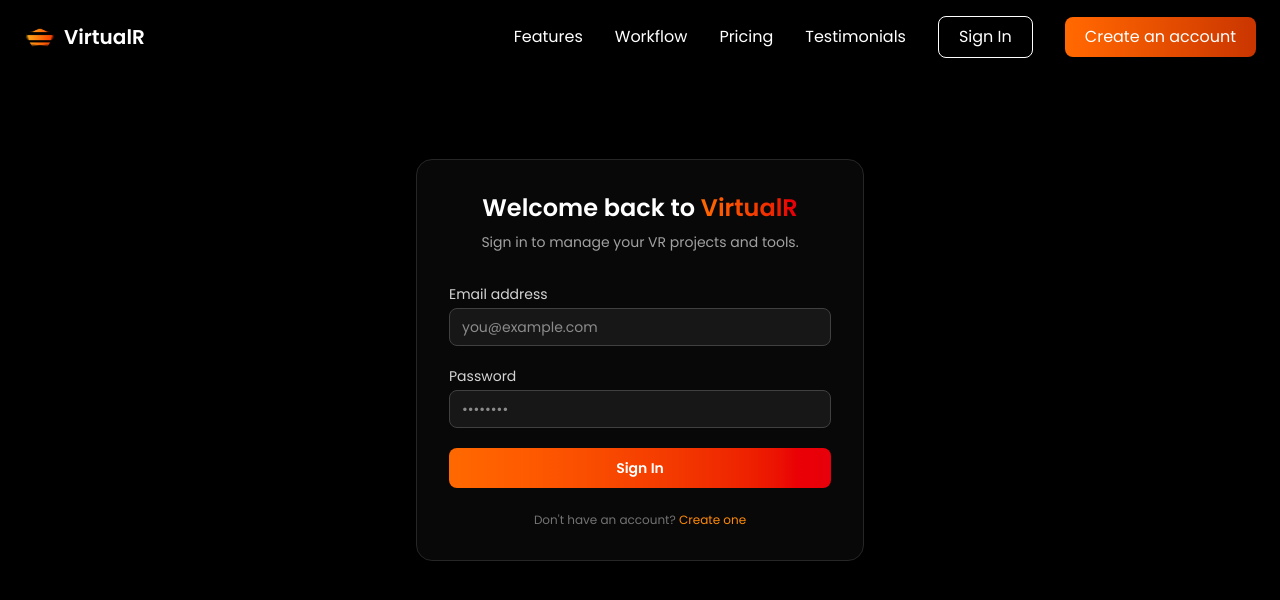
Repository: Khushichugh14/Virtualab
Page: /signin
An editor plug-in stored every save of this project. The page is shown before and after the next save, followed by the edit.
The browser window is 1280 px wide. The pictures show the whole page.
The project was rebuilt for these pictures with package versions that can differ from the ones it lists, and the page was loaded fresh each time. Also part of the build but not shown: vite.config.js, src/pages/StartFree.jsx, src/pages/Documentation.jsx, src/pages/CreatAccount.jsx, src/components/HeroSection.jsx, src/components/FeatureSection.jsx, src/components/Workflow.jsx, src/components/Pricing.jsx and 3 more. Imported but missing from the stored project, and not drawn on this page: src/assets/video1.mp4, src/assets/video2.mp4.

Above is the page before, as saved 2025-12-10 11:46:18.

After the next save:
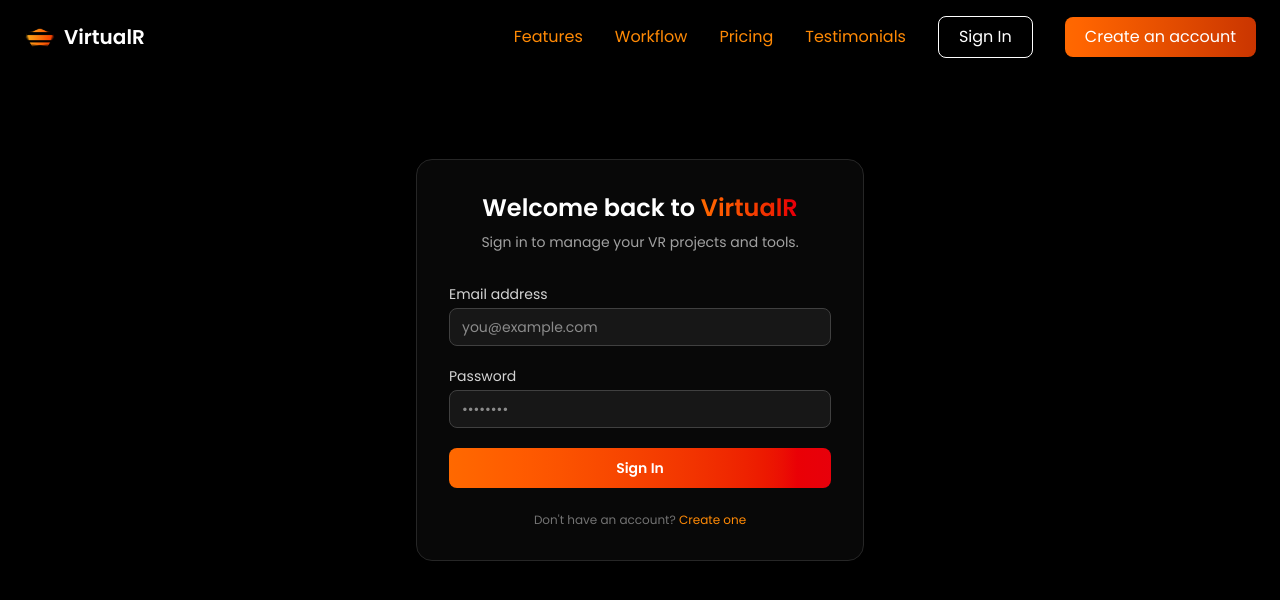
Saved 3 min 37 s later.
--- a/src/components/Navbar.jsx
+++ b/src/components/Navbar.jsx
@@ -2,18 +2,19 @@
 import { useState, useEffect } from "react";
 import logo from "../assets/logo.png";
 import { navItems } from "../constants";
-import { Link, NavLink, useNavigate } from "react-router-dom";
+import { Link, NavLink, useNavigate, useLocation } from "react-router-dom";
 
 const Navbar = () => {
   const [isMenuOpen, setIsMenuOpen] = useState(false);
   const [isLoggedIn, setIsLoggedIn] = useState(false);
   const navigate = useNavigate();
+  const location = useLocation();
 
-  // Check login status on mount
+  // ✅ Check login status whenever the route changes
   useEffect(() => {
     const user = localStorage.getItem("user");
     setIsLoggedIn(!!user);
-  }, []);
+  }, [location.pathname]);
 
   const handleLogout = () => {
     localStorage.removeItem("user");
@@ -32,16 +33,21 @@
 
         {/* Desktop Menu */}
         <div className="hidden md:flex items-center gap-8">
-          {navItems.map((item) => (
+          {navItems.map((item, index) => (
             <NavLink
-              key={item.href}
+              key={index} // ✅ unique key
               to={item.href}
-              className="hover:text-orange-400 transition"
+              className={({ isActive }) =>
+                `hover:text-orange-400 transition ${
+                  isActive ? "text-orange-400" : ""
+                }`
+              }
             >
               {item.label}
             </NavLink>
           ))}
 
+          {/* Auth buttons */}
           {!isLoggedIn ? (
             <>
               <Link
@@ -68,54 +74,53 @@
           )}
         </div>
 
-        {/* Mobile Menu Button */}
+        {/* Mobile menu toggle */}
         <button
           className="md:hidden p-2"
           onClick={() => setIsMenuOpen((prev) => !prev)}
-          aria-label="Toggle menu"
         >
-          {isMenuOpen ? <X size={24} /> : <Menu size={24} />}
+          {isMenuOpen ? <X className="h-6 w-6" /> : <Menu className="h-6 w-6" />}
         </button>
       </div>
 
       {/* Mobile Menu */}
       {isMenuOpen && (
-        <div className="md:hidden bg-black border-t border-neutral-800 px-6 pb-4 space-y-4">
-          {navItems.map((item) => (
+        <div className="md:hidden bg-black border-t border-neutral-800 px-6 pb-4 flex flex-col gap-4">
+          {navItems.map((item, index) => (
             <NavLink
-              key={item.href}
+              key={index} // ✅ unique key
               to={item.href}
               onClick={() => setIsMenuOpen(false)}
-              className="block py-1 hover:text-orange-400 transition"
+              className="py-1 hover:text-orange-400 transition"
             >
               {item.label}
             </NavLink>
           ))}
 
           {!isLoggedIn ? (
-            <div className="flex flex-col gap-2 pt-2">
+            <>
               <Link
                 to="/signin"
                 onClick={() => setIsMenuOpen(false)}
-                className="w-full text-center px-4 py-2 border border-white rounded-lg hover:bg-white hover:text-black transition"
+                className="mt-2 px-4 py-2 border border-white rounded-lg text-center"
               >
                 Sign In
               </Link>
               <Link
                 to="/create-account"
                 onClick={() => setIsMenuOpen(false)}
-                className="w-full text-center px-4 py-2 bg-gradient-to-r from-orange-500 to-orange-700 rounded-lg"
+                className="px-4 py-2 bg-gradient-to-r from-orange-500 to-orange-700 rounded-lg text-center"
               >
                 Create an account
               </Link>
-            </div>
+            </>
           ) : (
             <button
               onClick={() => {
                 setIsMenuOpen(false);
                 handleLogout();
               }}
-              className="w-full text-center px-4 py-2 border border-red-500 text-red-400 hover:bg-red-600 hover:text-white rounded-lg transition mt-2"
+              className="mt-2 px-4 py-2 border border-red-500 text-red-400 rounded-lg text-center"
             >
               Logout
             </button>

After the save that followed:
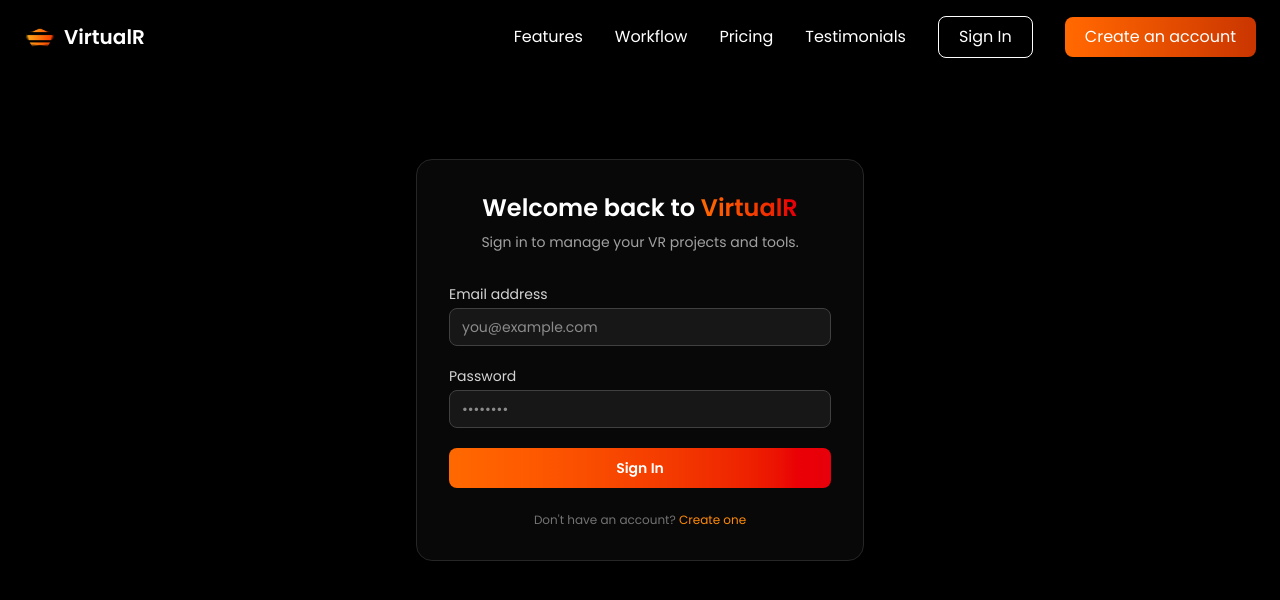
Saved 8 min 20 s later.
--- a/src/components/Navbar.jsx
+++ b/src/components/Navbar.jsx
@@ -1,47 +1,40 @@
 import { Menu, X } from "lucide-react";
-import { useState, useEffect } from "react";
+import { useState } from "react";
 import logo from "../assets/logo.png";
 import { navItems } from "../constants";
-import { Link, NavLink, useNavigate, useLocation } from "react-router-dom";
+import { Link, NavLink, useNavigate } from "react-router-dom";
+
+const SESSION_KEY = "virtualrSession"; // only for login state
 
 const Navbar = () => {
   const [isMenuOpen, setIsMenuOpen] = useState(false);
-  const [isLoggedIn, setIsLoggedIn] = useState(false);
   const navigate = useNavigate();
-  const location = useLocation();
 
-  // ✅ Check login status whenever the route changes
-  useEffect(() => {
-    const user = localStorage.getItem("user");
-    setIsLoggedIn(!!user);
-  }, [location.pathname]);
+  // derive from localStorage every render
+  const isLoggedIn = !!localStorage.getItem(SESSION_KEY);
 
   const handleLogout = () => {
-    localStorage.removeItem("user");
-    setIsLoggedIn(false);
+    localStorage.removeItem(SESSION_KEY); // do NOT delete the saved account
     navigate("/signin");
   };
 
   return (
     <nav className="fixed top-0 w-full z-50 bg-black text-white shadow-md">
       <div className="max-w-7xl mx-auto flex justify-between items-center py-4 px-6">
+
         {/* Logo */}
         <Link to="/" className="flex items-center gap-2">
           <img src={logo} alt="logo" className="h-8" />
           <span className="text-xl font-semibold">VirtualR</span>
         </Link>
 
-        {/* Desktop Menu */}
+        {/* Desktop menu */}
         <div className="hidden md:flex items-center gap-8">
           {navItems.map((item, index) => (
             <NavLink
-              key={index} // ✅ unique key
+              key={item.href ?? index}          // unique key
               to={item.href}
-              className={({ isActive }) =>
-                `hover:text-orange-400 transition ${
-                  isActive ? "text-orange-400" : ""
-                }`
-              }
+              className="hover:text-orange-400 transition"
             >
               {item.label}
             </NavLink>
@@ -56,7 +49,6 @@
               >
                 Sign In
               </Link>
-
               <Link
                 to="/create-account"
                 className="px-5 py-2 bg-gradient-to-r from-orange-500 to-orange-700 rounded-lg"
@@ -74,24 +66,24 @@
           )}
         </div>
 
-        {/* Mobile menu toggle */}
+        {/* Mobile menu button (optional) */}
         <button
-          className="md:hidden p-2"
+          className="md:hidden"
           onClick={() => setIsMenuOpen((prev) => !prev)}
         >
-          {isMenuOpen ? <X className="h-6 w-6" /> : <Menu className="h-6 w-6" />}
+          {isMenuOpen ? <X /> : <Menu />}
         </button>
       </div>
 
-      {/* Mobile Menu */}
+      {/* Mobile menu */}
       {isMenuOpen && (
-        <div className="md:hidden bg-black border-t border-neutral-800 px-6 pb-4 flex flex-col gap-4">
+        <div className="md:hidden bg-black border-t border-neutral-800 px-6 pb-4 space-y-3">
           {navItems.map((item, index) => (
             <NavLink
-              key={index} // ✅ unique key
+              key={item.href ?? `mobile-${index}`}   // unique key
               to={item.href}
+              className="block py-1 hover:text-orange-400"
               onClick={() => setIsMenuOpen(false)}
-              className="py-1 hover:text-orange-400 transition"
             >
               {item.label}
             </NavLink>
@@ -101,15 +93,15 @@
             <>
               <Link
                 to="/signin"
+                className="block mt-2 px-4 py-2 border border-white rounded-lg text-center"
                 onClick={() => setIsMenuOpen(false)}
-                className="mt-2 px-4 py-2 border border-white rounded-lg text-center"
               >
                 Sign In
               </Link>
               <Link
                 to="/create-account"
+                className="block mt-2 px-4 py-2 bg-gradient-to-r from-orange-500 to-orange-700 rounded-lg text-center"
                 onClick={() => setIsMenuOpen(false)}
-                className="px-4 py-2 bg-gradient-to-r from-orange-500 to-orange-700 rounded-lg text-center"
               >
                 Create an account
               </Link>
@@ -120,7 +112,7 @@
                 setIsMenuOpen(false);
                 handleLogout();
               }}
-              className="mt-2 px-4 py-2 border border-red-500 text-red-400 rounded-lg text-center"
+              className="block mt-2 w-full px-4 py-2 border border-red-500 text-red-400 rounded-lg text-center"
             >
               Logout
             </button>
